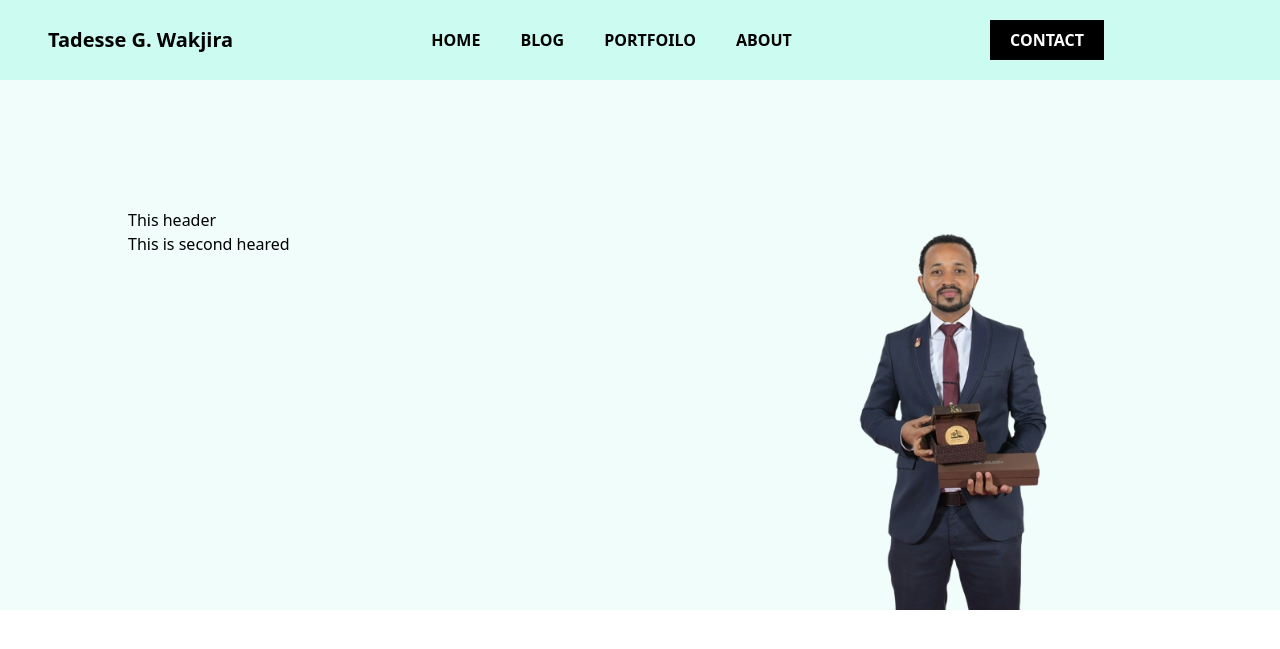
Repository: Elias-Kibret/Tade-portfoilo
Page: /
The author's editor kept a copy of each file at every save. The page is drawn from the files as they stood at one save, then again after the next save.
The browser window is 1280 px wide. The pictures show the whole page.
The project was rebuilt for these pictures with package versions that can differ from the ones it lists, and the page was loaded fresh each time. The framework's server and built-in components were replaced by stand-ins that run in the browser. Also part of the build but not shown: next.config.js.

Above is the page before, as saved 2022-06-27 07:01:46.

After the next save:
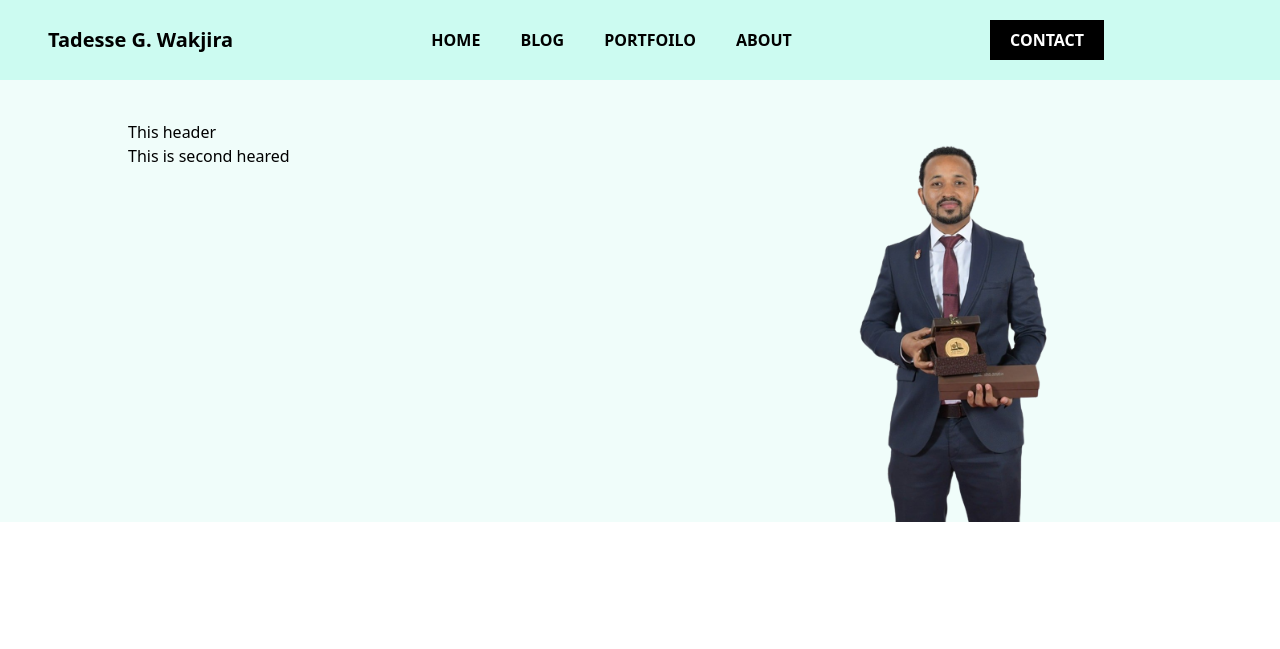
Saved 6 s later.
--- a/components/Hero.tsx
+++ b/components/Hero.tsx
@@ -2,7 +2,7 @@ import heroImage from '../public/Img/heroImage.png'
 import Image from 'next/image'
 const Hero = () => {
   return (
-<main className="h-auto pt-32 bg-teal-50 ">
+<main className="h-auto pt-10 bg-teal-50 ">
 <div className='w-4/5 mx-auto flex justify-between'>
 <div >
       <h1>
